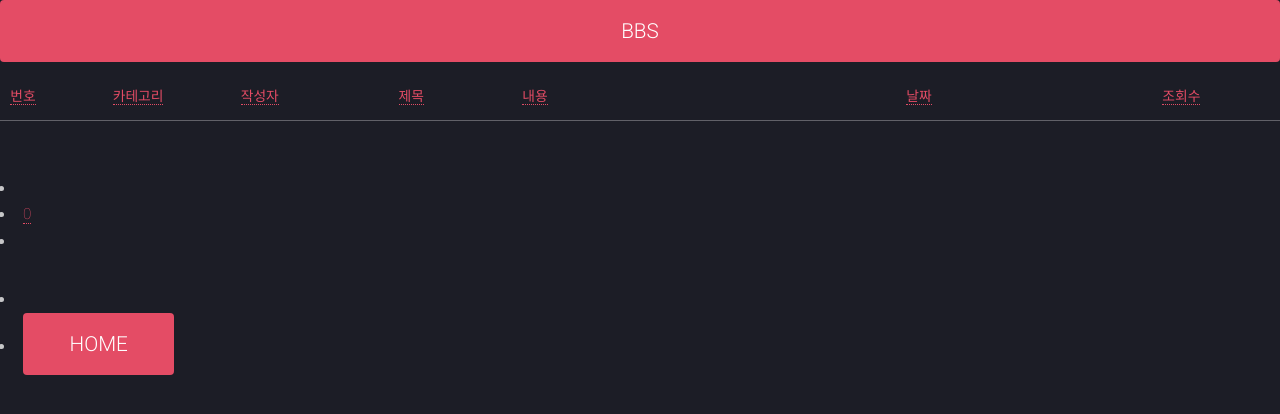
Repository: worMholEamkim/SpringEX
Page: http://localhost/bbs/bbs.do?page=0
These files come from the project's save history. The page is drawn as it stood at one moment and after the next save; the edit follows.
The browser window is 1280 px wide. The pictures show the whole page.
The page is served by Tomcat 9. Queries for data that is not in the repository find no rows.

Above is the page before, as saved 2019-03-15 04:07:21.

After the next save:
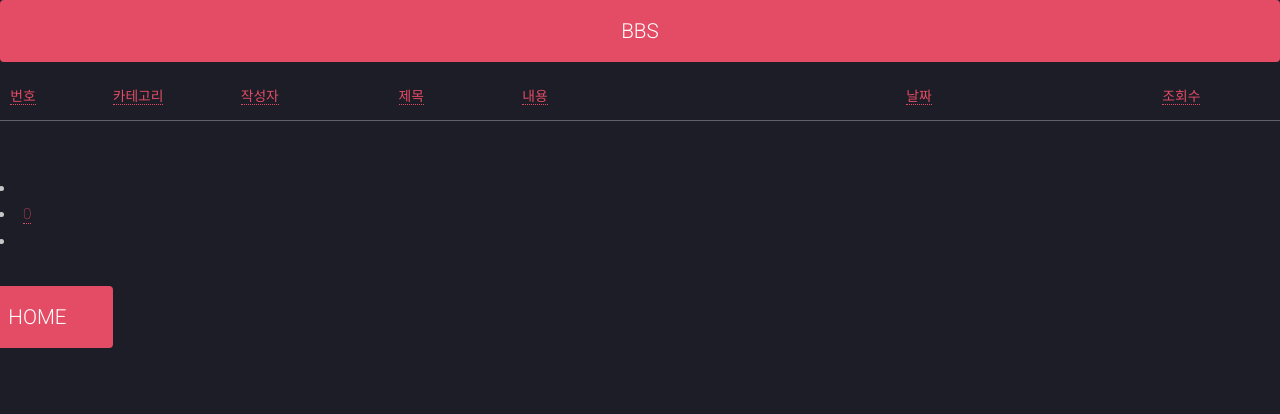
Saved 57 s later.
--- a/JSP_WepPage_Server-master.zip_expanded/JSP_WepPage_Server-master/bbs/WebContent/WEB-INF/bbs.jsp
+++ b/JSP_WepPage_Server-master.zip_expanded/JSP_WepPage_Server-master/bbs/WebContent/WEB-INF/bbs.jsp
@@ -86,18 +86,13 @@
 										</li>
 									</ul>
 								</div>
-								<ul class="action">
-								<li>
+								<div class="row">
 								<c:if test='${sessionID!=null}'>
 									<div>
 										<a href='bbsupload2.do' class="button primary large">WRITE</a>
 									</div>
 								</c:if>
-								</li>
-								<li>
 									<a href='home.do'  class="button primary large">HOME</a>
-									</li>
-									</ul>
 								<div align="center">
 
 									<c:if test='${resultBbs >= 1}'>
